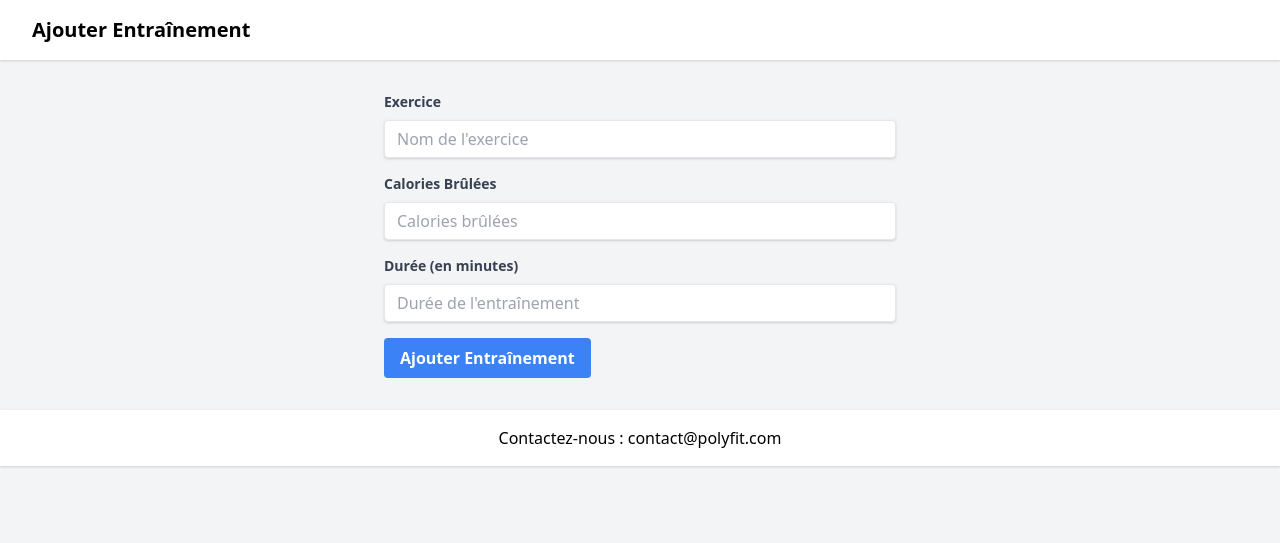
Repository: rimessouabni/polyfit
Page: src/main/resources/static/AddWorkout.html
An editor plug-in stored every save of this project. The page is shown before and after the next save, followed by the edit.
The browser window is 1280 px wide. The pictures show the whole page.

Above is the page before, as saved 2024-03-18 14:46:00.

### src/main/resources/static/AddWorkout.html
<!DOCTYPE html>
<html lang="fr">
<head>
    <meta charset="UTF-8">
    <meta name="viewport" content="width=device-width, initial-scale=1.0">
    <title>PolyFit - Ajouter Entraînement</title>
    <link href="https://cdn.jsdelivr.net/npm/tailwindcss@2.2.19/dist/tailwind.min.css" rel="stylesheet">
</head>
<body class="bg-gray-100">
    <header class="bg-white shadow">
        <div class="container mx-auto py-4 px-8">
            <h1 class="text-xl font-semibold">Ajouter Entraînement</h1>
        </div>
    </header>

    <div class="container mx-auto py-8 px-4">
        <form class="max-w-lg mx-auto">
            <div class="mb-4">
                <label class="block text-gray-700 text-sm font-bold mb-2" for="exercise">Exercice</label>
                <input class="shadow appearance-none border rounded w-full py-2 px-3 text-gray-700 leading-tight focus:outline-none focus:shadow-outline" id="exercise" type="text" placeholder="Nom de l'exercice">
            </div>
            <div class="mb-4">
                <label class="block text-gray-700 text-sm font-bold mb-2" for="calories">Calories Brûlées</label>
                <input class="shadow appearance-none border rounded w-full py-2 px-3 text-gray-700 leading-tight focus:outline-none focus:shadow-outline" id="calories" type="number" placeholder="Calories brûlées">
            </div>
            <div class="mb-4">
                <label class="block text-gray-700 text-sm font-bold mb-2" for="duration">Durée (en minutes)</label>
                <input class="shadow appearance-none border rounded w-full py-2 px-3 text-gray-700 leading-tight focus:outline-none focus:shadow-outline" id="duration" type="number" placeholder="Durée de l'entraînement">
            </div>
            <div class="flex items-center justify-between">
                <button class="bg-blue-500 hover:bg-blue-700 text-white font-bold py-2 px-4 rounded focus:outline-none focus:shadow-outline" type="button">
                    Ajouter Entraînement
                </button>
            </div>
        </form>
    </div>

    <footer class="bg-white shadow">
        <div class="container mx-auto py-4 px-8 text-center">
            <p>Contactez-nous : contact@polyfit.com</p>
        </div>
    </footer>
</body>
</html>

After the next save:
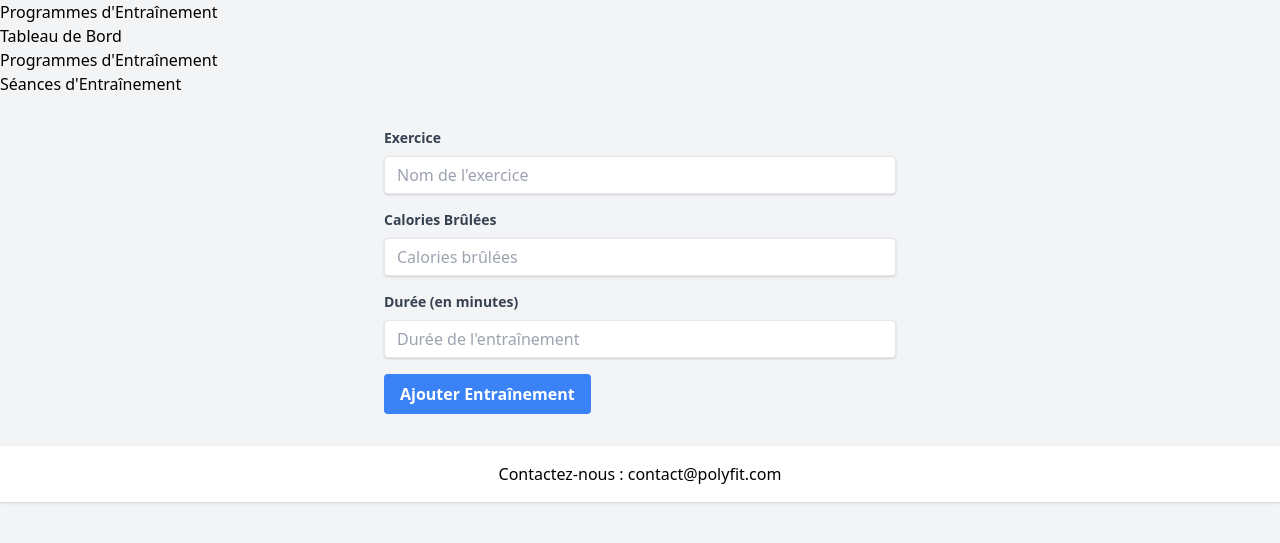
Saved 22 min 27 s later.
--- a/src/main/resources/static/AddWorkout.html
+++ b/src/main/resources/static/AddWorkout.html
@@ -7,10 +7,15 @@
     <link href="https://cdn.jsdelivr.net/npm/tailwindcss@2.2.19/dist/tailwind.min.css" rel="stylesheet">
 </head>
 <body class="bg-gray-100">
-    <header class="bg-white shadow">
-        <div class="container mx-auto py-4 px-8">
-            <h1 class="text-xl font-semibold">Ajouter Entraînement</h1>
-        </div>
+    <header>
+        <h1>Programmes d'Entraînement</h1>
+        <nav>
+            <ul>
+                <li><a href="dashboard.html">Tableau de Bord</a></li>
+                <li><a href="programs.html">Programmes d'Entraînement</a></li>
+                <li><a href="workouts.html">Séances d'Entraînement</a></li>
+            </ul>
+        </nav>
     </header>
 
     <div class="container mx-auto py-8 px-4">
